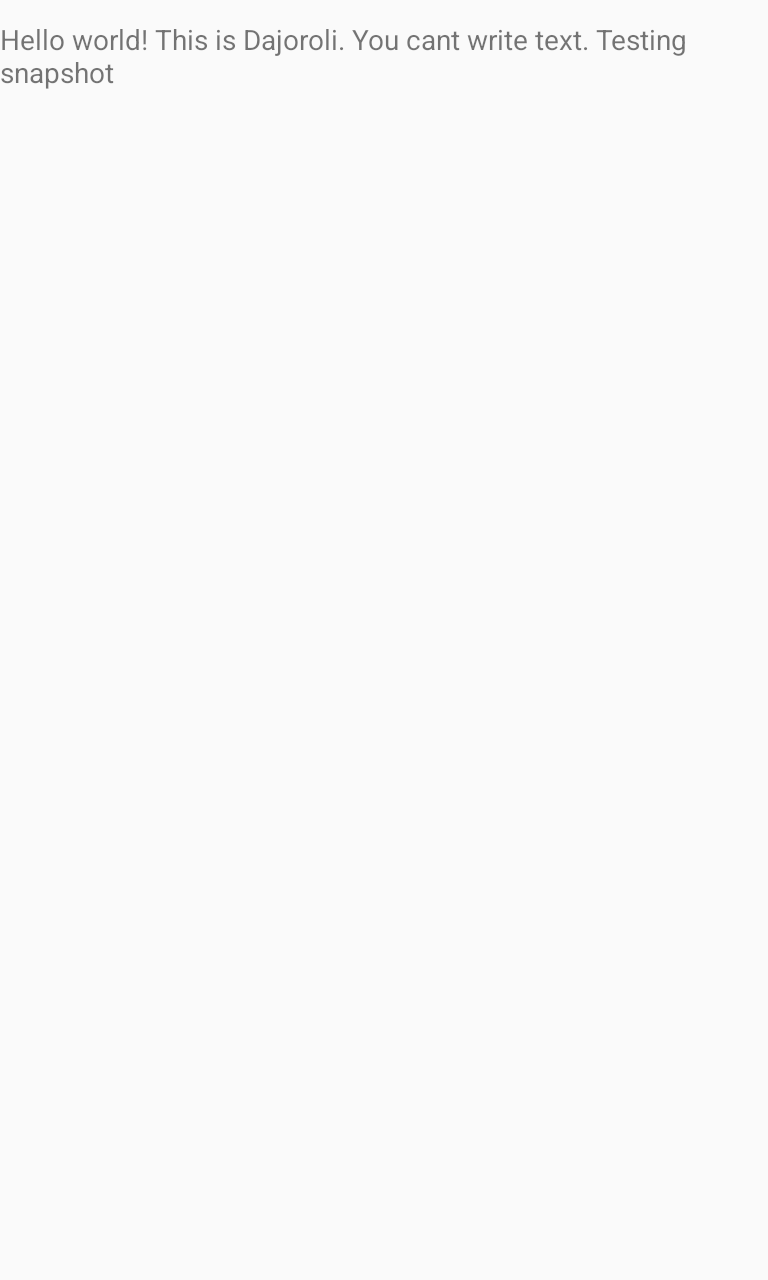
Repository: wisingd/Dajoroli
Layout: Workspace/MyFirstApp/res/layout/fragment_main.xml
The author's editor kept a copy of each file at every save. The layout is drawn from the files as they stood at one save, then again after the next save.
It is drawn on a 768 x 1280 px phone screen (xhdpi) without system bars, with theme AppTheme; the app's code is not run.

Above is the layout before, as saved 2014-04-20 10:28:08.

### Workspace/MyFirstApp/res/layout/fragment_main.xml
<LinearLayout xmlns:android="http://schemas.android.com/apk/res/android"
    xmlns:tools="http://schemas.android.com/tools"
    android:layout_width="match_parent"
    android:layout_height="match_parent"
    android:orientation="horizontal" >

    <TextView
        android:layout_width="wrap_content"
        android:layout_height="wrap_content"
        android:text="@string/hello_world" />

    <Button android:id="@+id/button"
            android:layout_width="wrap_content"
            android:layout_height="wrap_content"
            android:text="Hello, I am a Button" />

</LinearLayout>

### Workspace/MyFirstApp/res/values/strings.xml
<?xml version="1.0" encoding="utf-8"?>
<resources>

    <string name="app_name">MyFirstApp</string>
    <string name="hello_world">Hello world! This is Dajoroli. You cant write text. Testing snapshot</string>
    <string name="action_settings">Settings</string>
    <string name="edit_message">Write Something</string>

</resources>

Loaded but not shown: Workspace/MyFirstApp/res/values/styles.xml (common file); Workspace/MyFirstApp/res/values-v11/styles.xml (common file); Workspace/MyFirstApp/res/values-v14/styles.xml (common file)

After the next save:
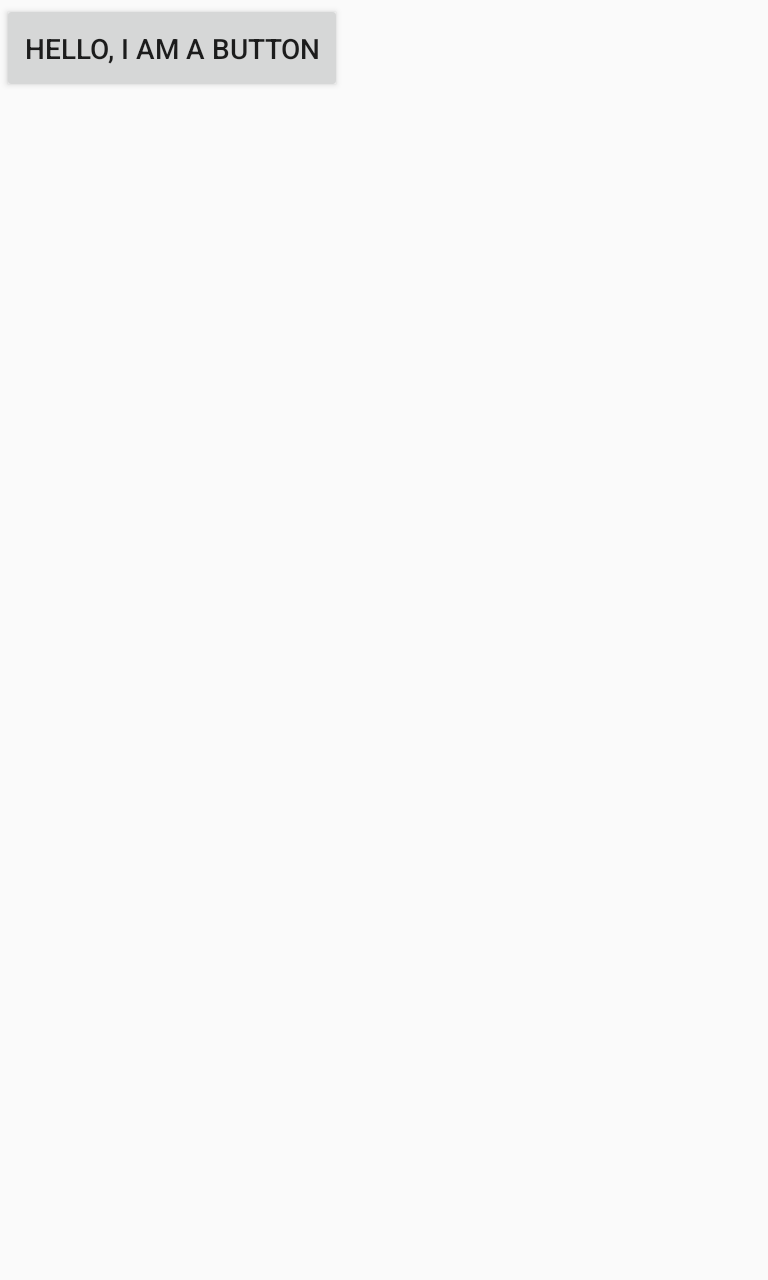
Saved 86 s later.
--- a/Workspace/MyFirstApp/res/layout/fragment_main.xml
+++ b/Workspace/MyFirstApp/res/layout/fragment_main.xml
@@ -4,10 +4,7 @@
     android:layout_height="match_parent"
     android:orientation="horizontal" >
 
-    <TextView
-        android:layout_width="wrap_content"
-        android:layout_height="wrap_content"
-        android:text="@string/hello_world" />
+
 
     <Button android:id="@+id/button"
             android:layout_width="wrap_content"
